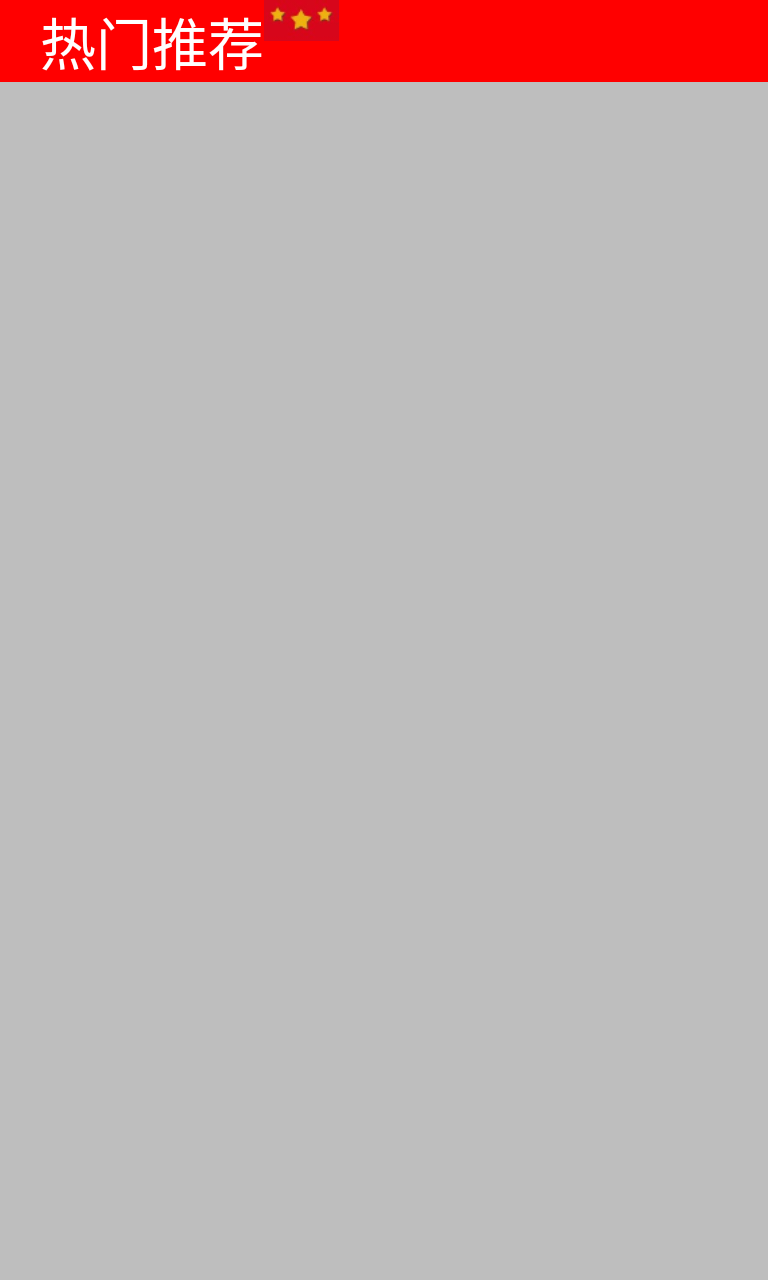
Repository: hhxiaojQCS/QCS_ListView
Layout: QCS/res/layout/activity_toprecommended.xml
The author's editor kept a copy of each file at every save. The layout is drawn from the files as they stood at one save, then again after the next save.
It is drawn on a 768 x 1280 px phone screen (xhdpi) without system bars, with theme AppTheme; the app's code is not run. Lists and similar views that code fills are empty.

Above is the layout before, as saved 2013-08-07 06:54:33.

### QCS/res/layout/activity_toprecommended.xml
<?xml version="1.0" encoding="utf-8"?>
<LinearLayout xmlns:android="http://schemas.android.com/apk/res/android"
    android:id="@+id/lilay01"
    android:layout_width="fill_parent"
    android:layout_height="fill_parent"
    android:background="#BEBEBE"
    android:orientation="vertical" >

    <LinearLayout
        android:layout_width="fill_parent"
        android:layout_height="wrap_content"
        android:background="#FF0000"
        android:gravity="left"
        android:paddingLeft="20dip"
        android:orientation="horizontal" >

        <TextView
            android:id="@+id/tv_01"
            android:layout_width="wrap_content"
            android:layout_height="wrap_content"
            android:text="热门推荐"
            android:textColor="#FFFFFF"
            android:textSize="28sp" />

       <ImageView
           android:id="@+id/imgv01"
           android:layout_width="wrap_content"
           android:layout_height="wrap_content"
           android:src="@drawable/xx"

           />

    </LinearLayout>

<ListView android:layout_width="wrap_content"
          android:layout_height="wrap_content"
          android:id="@+id/lv01"

          />
</LinearLayout>

Loaded but not shown: QCS/res/values/styles.xml (common file); QCS/res/values-v11/styles.xml (common file); QCS/res/values-v14/styles.xml (common file)

After the next save:
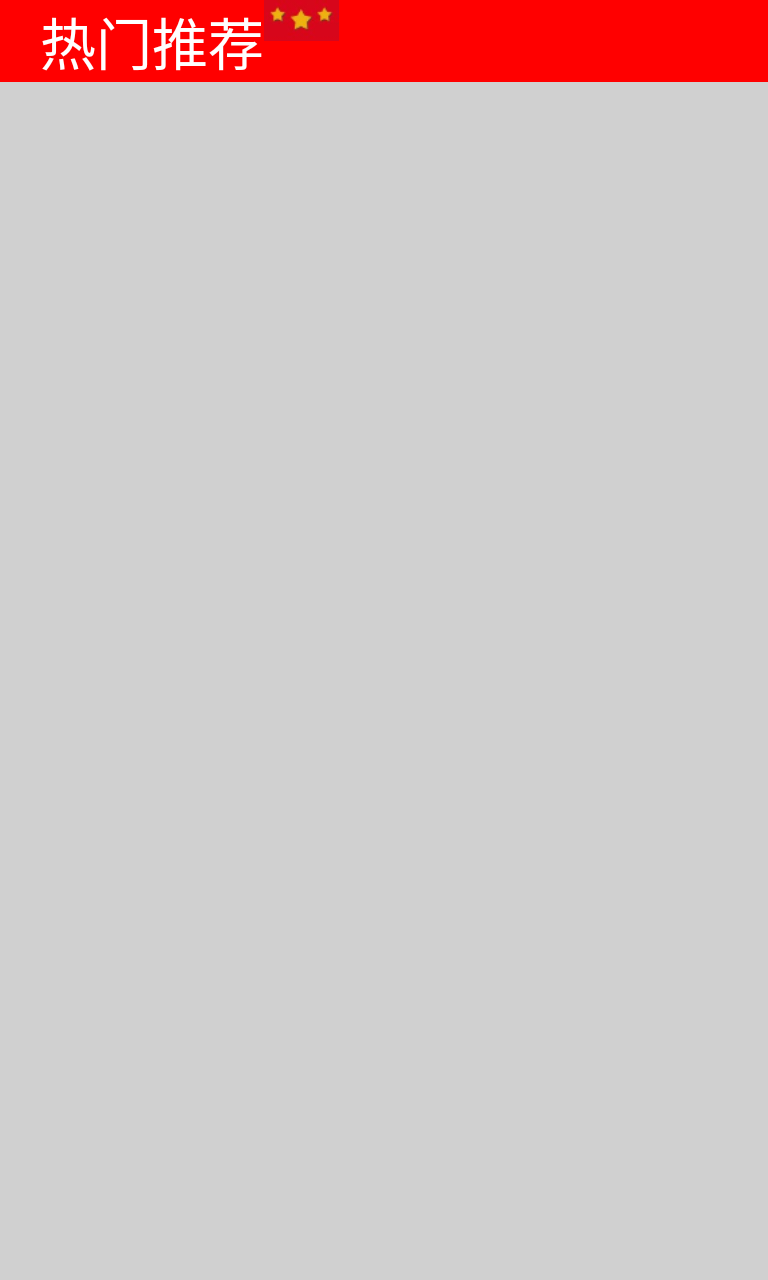
Saved 74 s later.
--- a/QCS/res/layout/activity_toprecommended.xml
+++ b/QCS/res/layout/activity_toprecommended.xml
@@ -3,7 +3,7 @@
     android:id="@+id/lilay01"
     android:layout_width="fill_parent"
     android:layout_height="fill_parent"
-    android:background="#BEBEBE"
+    android:background="#d0d0d0"
     android:orientation="vertical" >
 
     <LinearLayout
